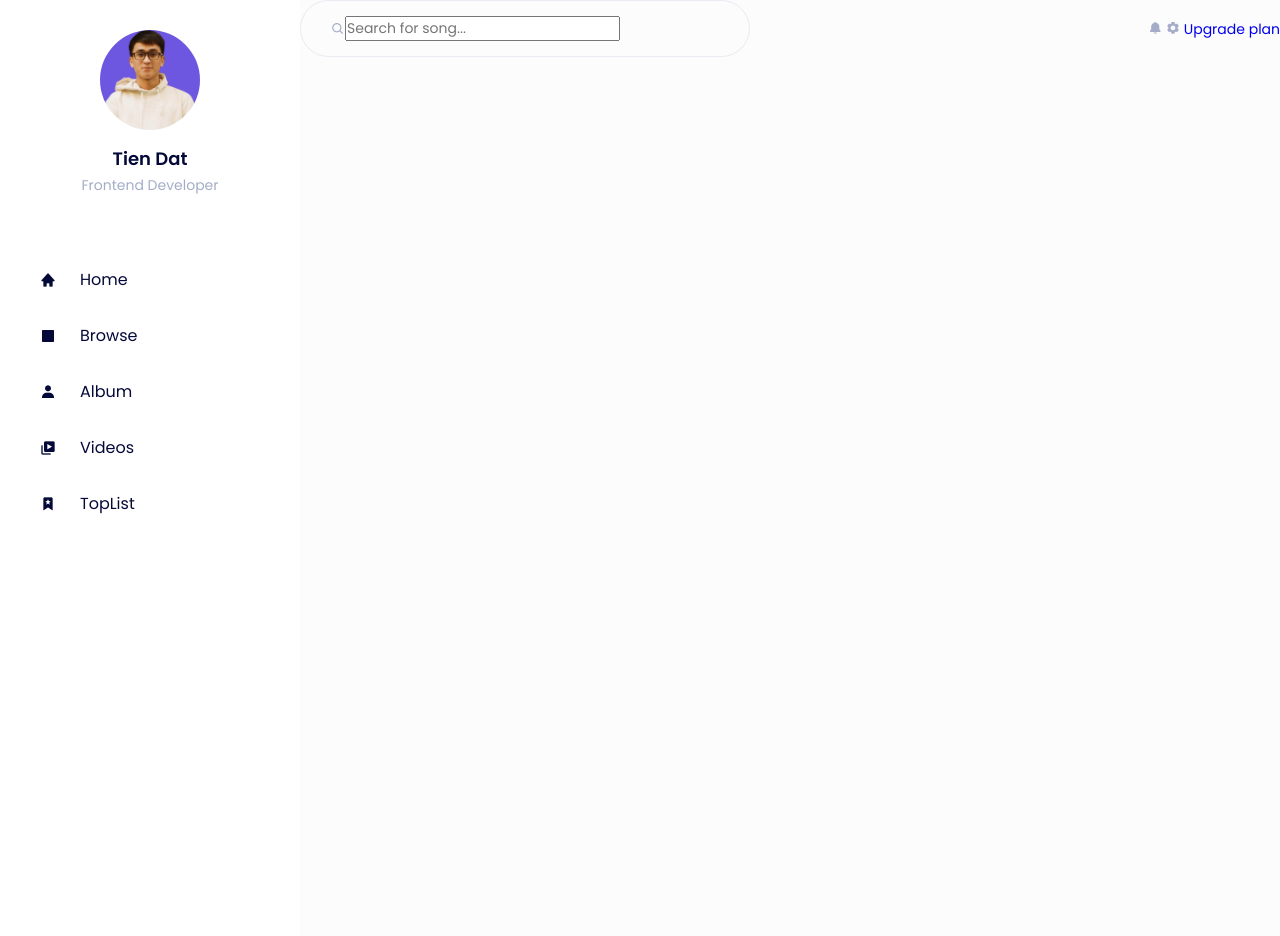
Repository: Datt21/music-webapp
Page: index.html
The author's editor kept a copy of each file at every save. The page is drawn from the files as they stood at one save, then again after the next save.
The browser window is 1280 px wide. The pictures show the whole page.
The style sheet was rebuilt from its Sass, Less or Tailwind sources for each picture, by a compiler version that may differ from the author's.

Above is the page before, as saved 2021-09-05 05:17:19.

After the next save:
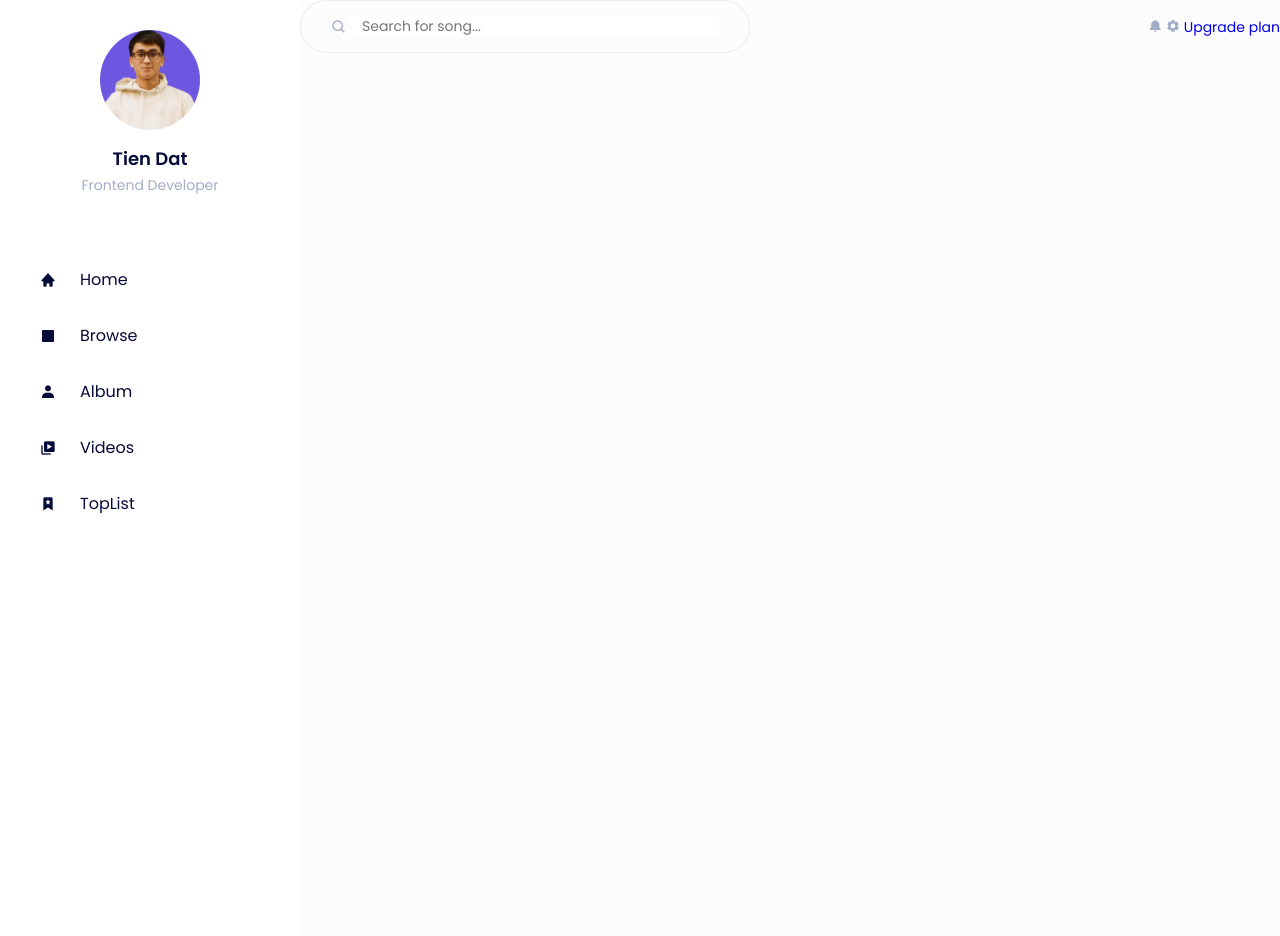
Saved 2 min 34 s later.
--- a/app.scss
+++ b/app.scss
@@ -126,4 +126,14 @@
     align-items: center;
     width: 100%;
     max-width: 450px;
+    &-icon {
+        flex: 1;
+        font-size: 16px;
+    }
+    &-input {
+        border: 0;
+        outline: none;
+        width: 100%;
+        padding: 0 15px;
+    }
 }
